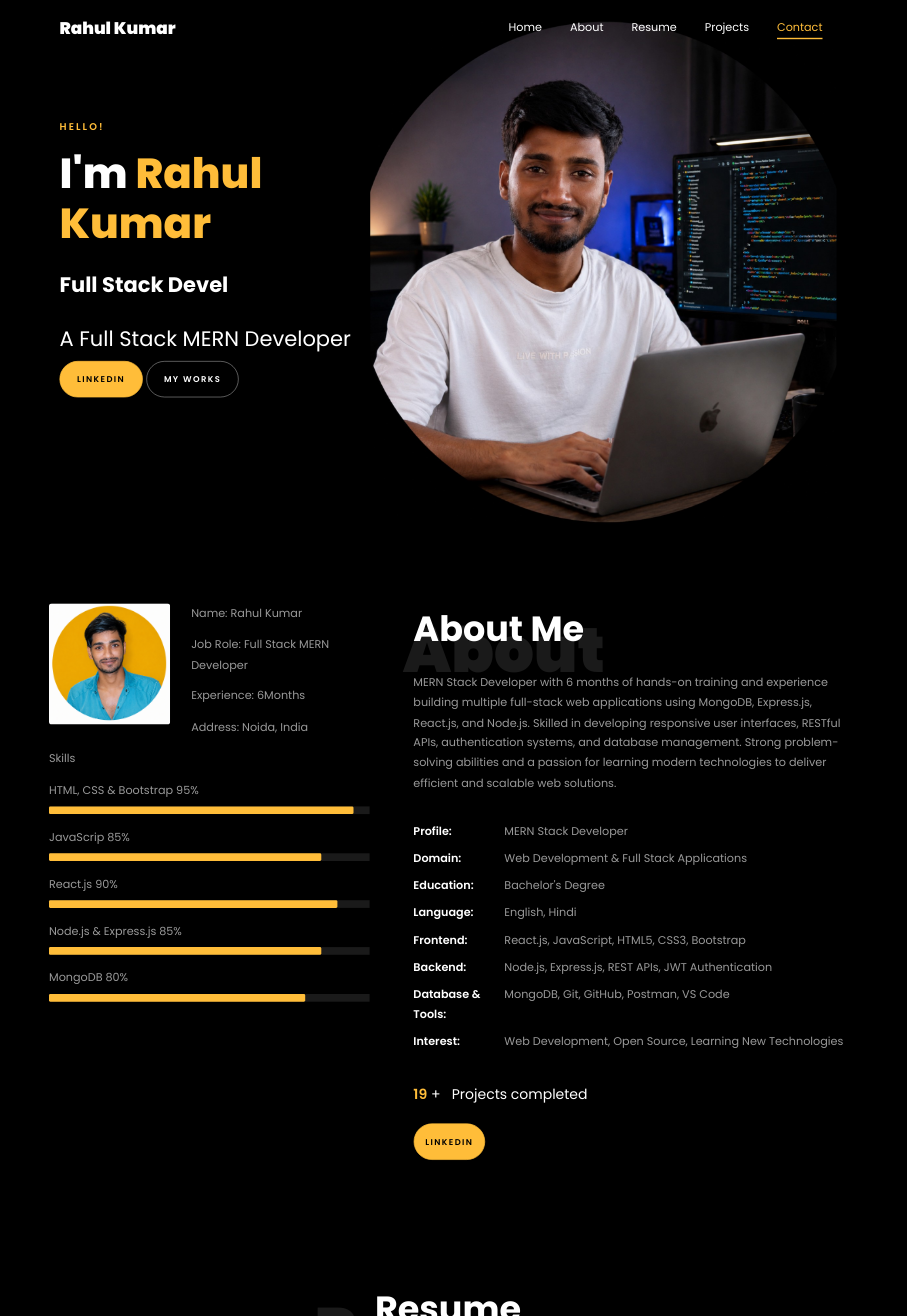
Repository: Rahul70079/Rahul-Kumar-Portfolio
Page: Portfolio/index.html
The author's editor kept a copy of each file at every save. The page is drawn from the files as they stood at one save, then again after a run of saves.
The browser window is 1280 px wide. The page is 1295 px wide, so the pictures cover 1295 px, including what lies to the right of the window. The pictures show the part of the page from y = 0 to 1880 px (the page is 6540 px tall), at 70% of full size.

Above is the page before, as saved 2026-06-14 08:31:47.
Console error (its wording comes from the project's code and is left out).

After the next 3 saves:
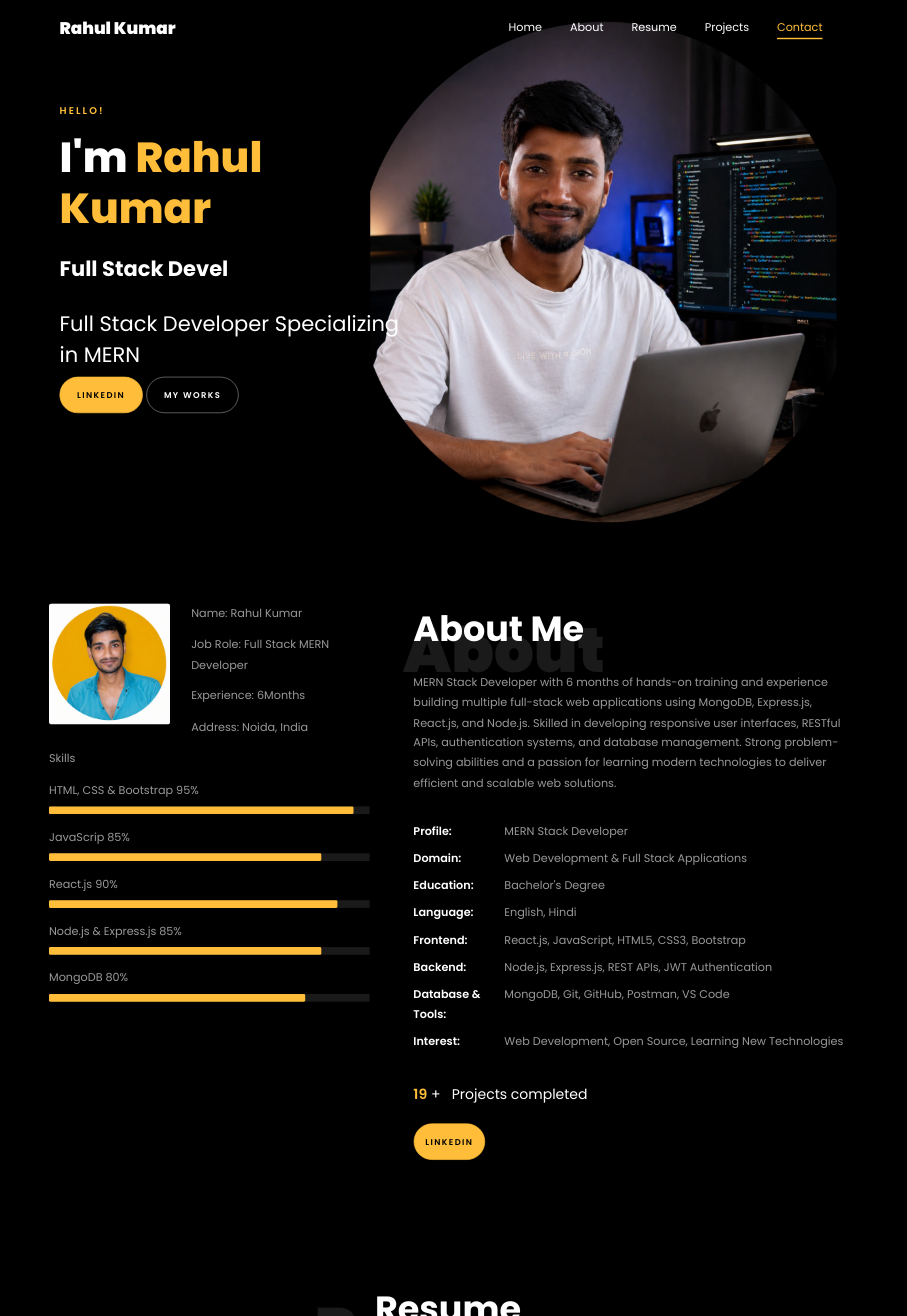
The 3 saves are shown as one change because they came seconds apart.
The last was saved 3 min 21 s later.
--- a/Portfolio/index.html
+++ b/Portfolio/index.html
@@ -187,7 +187,7 @@
 
 						<br>
 						<br>
-			            <h2>A Full Stack MERN Developer </h2>
+			            <h2>Full Stack Developer Specializing in MERN</h2> </h2>
 						<!-- <h2 class="d-flex" style="margin-bottom: 0">With over 5 years of experience</h2> -->
 						<!-- <br> -->
 			            <p><a href="https://www.linkedin.com/in/rahul-kumar7079/" class="btn btn-primary py-3 px-4">LinkedIn</a>
